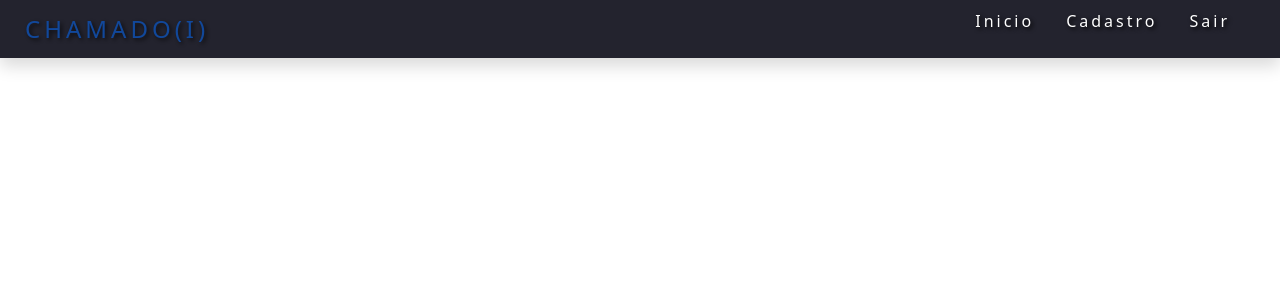
Repository: isaquemc2001/isaque-utilities
Page: index.html
An editor plug-in stored every save of this project. The page is shown before and after the next save, followed by the edit.
The browser window is 1280 px wide. The pictures show the whole page.

Above is the page before, as saved 2021-10-28 11:48:47.

After the next save:
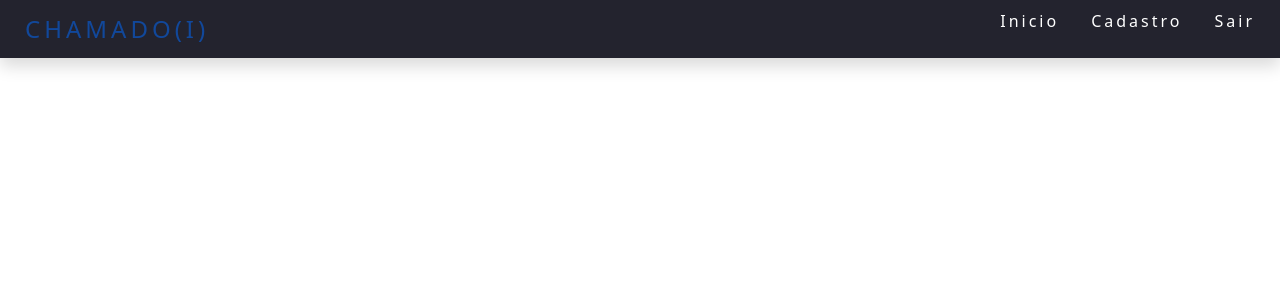
Saved 7 s later.
--- a/style.css
+++ b/style.css
@@ -27,7 +27,7 @@ nav {
     font-family: system-ui, -apple-system, Helvetica, Arial, sans-serif;
     background: #23232e;
     height: 8vh;
-    text-shadow: 2px 2px 4px #000000;
+    text-shadow: ;
 }
 
 main {
@@ -39,7 +39,7 @@ main {
 .nav-list {
     list-style: none;
     display: flex;
-    padding: 50px;;
+    padding: 25px;
 }
 
 .nav-list li {
